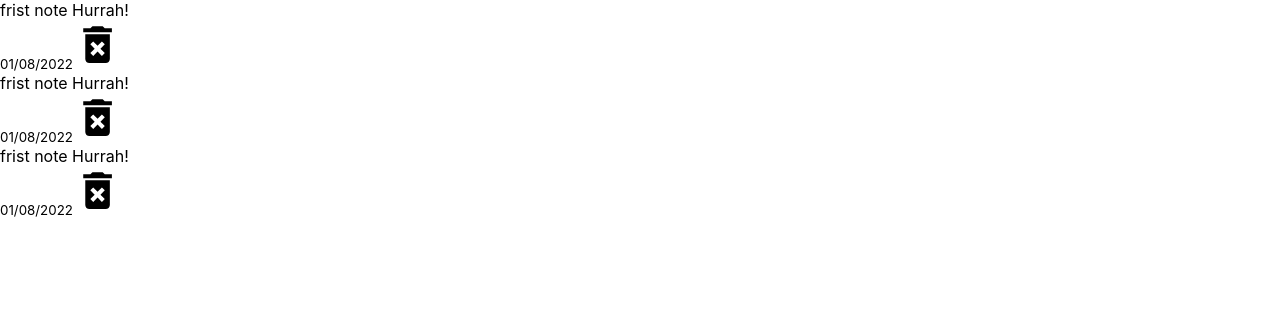
Repository: DeraBola/react-notes-app
Page: /
These files come from the project's save history. The page is drawn as it stood at one moment and after the next save; the edit follows.
The browser window is 1280 px wide. The pictures show the whole page.
The project was rebuilt for these pictures with package versions that can differ from the ones it lists, and the page was loaded fresh each time.

Above is the page before, as saved 2022-08-01 08:16:55.

### src/index.js
import React from 'react';
import ReactDOM from 'react-dom/client';
import './index.css';
import App from './App';


const root = ReactDOM.createRoot(document.getElementById('root'));
root.render(
  <React.StrictMode>
    <App />
  </React.StrictMode>
);

### src/App.js
import NotesList from './components/NotesList';

 const App = () =>{
   return(
    <div className="container" >
      <NotesList />
    </div>
   )
 }

 export default App;

### src/components/NotesList.js
import Note from './Note';

const NotesList  = () => {
return(
    <div className='notes-list'>
        <Note />
        <Note />
        <Note />
    </div>
);
};

export default NotesList;

### src/components/Note.js

import { MdDeleteForever } from 'react-icons/md'

const Note  = () => {
    return(
        <div className='note'>
             <span>frist note Hurrah!</span>
             <div className="note-footer">
                <small>01/08/2022</small>
                <MdDeleteForever className='delete-icon' size='1.3cm' />
             </div>
        </div>
    );
    };

    export default Note;

Loaded but not shown: public/index.html (common file); src/index.css (common file)

After the next save:
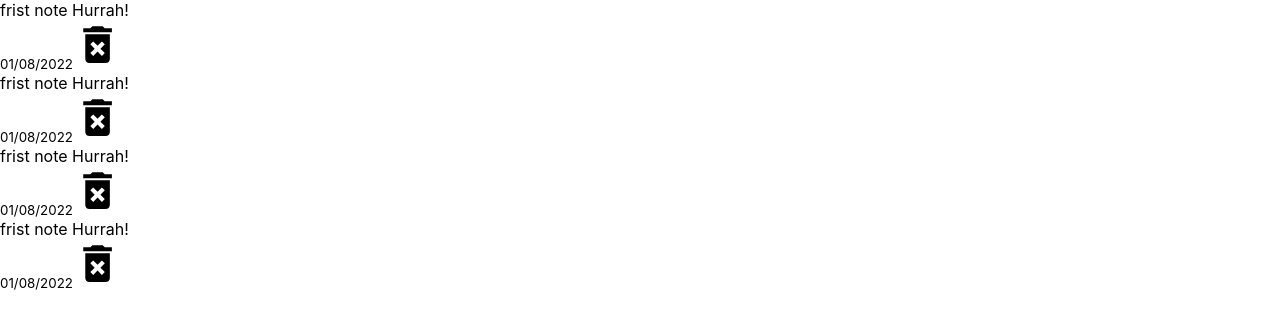
Saved 2 min 23 s later.
--- a/src/components/NotesList.js
+++ b/src/components/NotesList.js
@@ -6,6 +6,7 @@ return(
         <Note />
         <Note />
         <Note />
+        <Note />
     </div>
 );
 };
